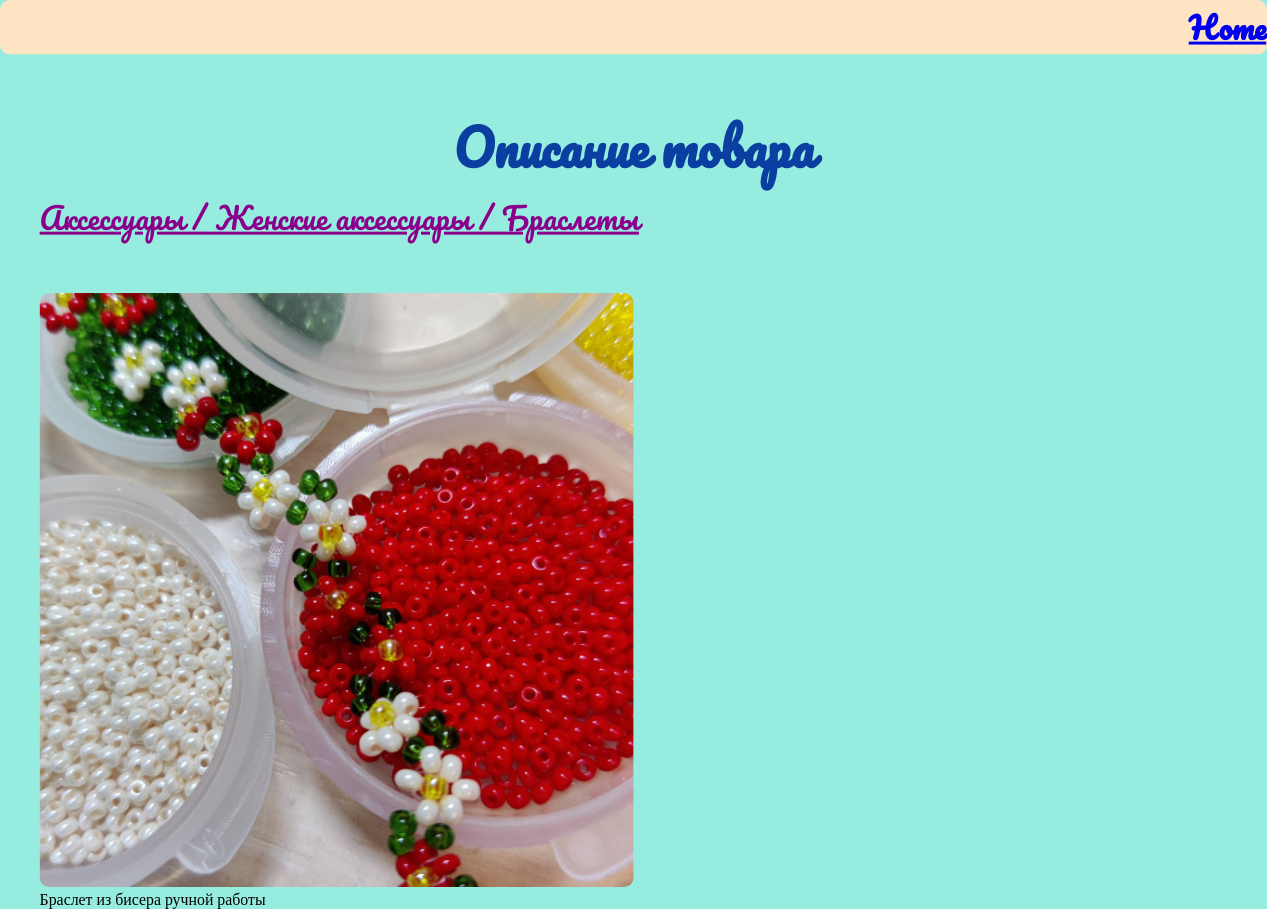
Repository: annamsklv/web
Page: seminar2_26.01/product page.html
The author's editor kept a copy of each file at every save. The page is drawn from the files as they stood at one save, then again after a run of saves.
The browser window is 1280 px wide. The pictures show the whole page, at 99% of full size.

Above is the page before, as saved 2023-02-01 20:41:30.

After the next 3 saves:
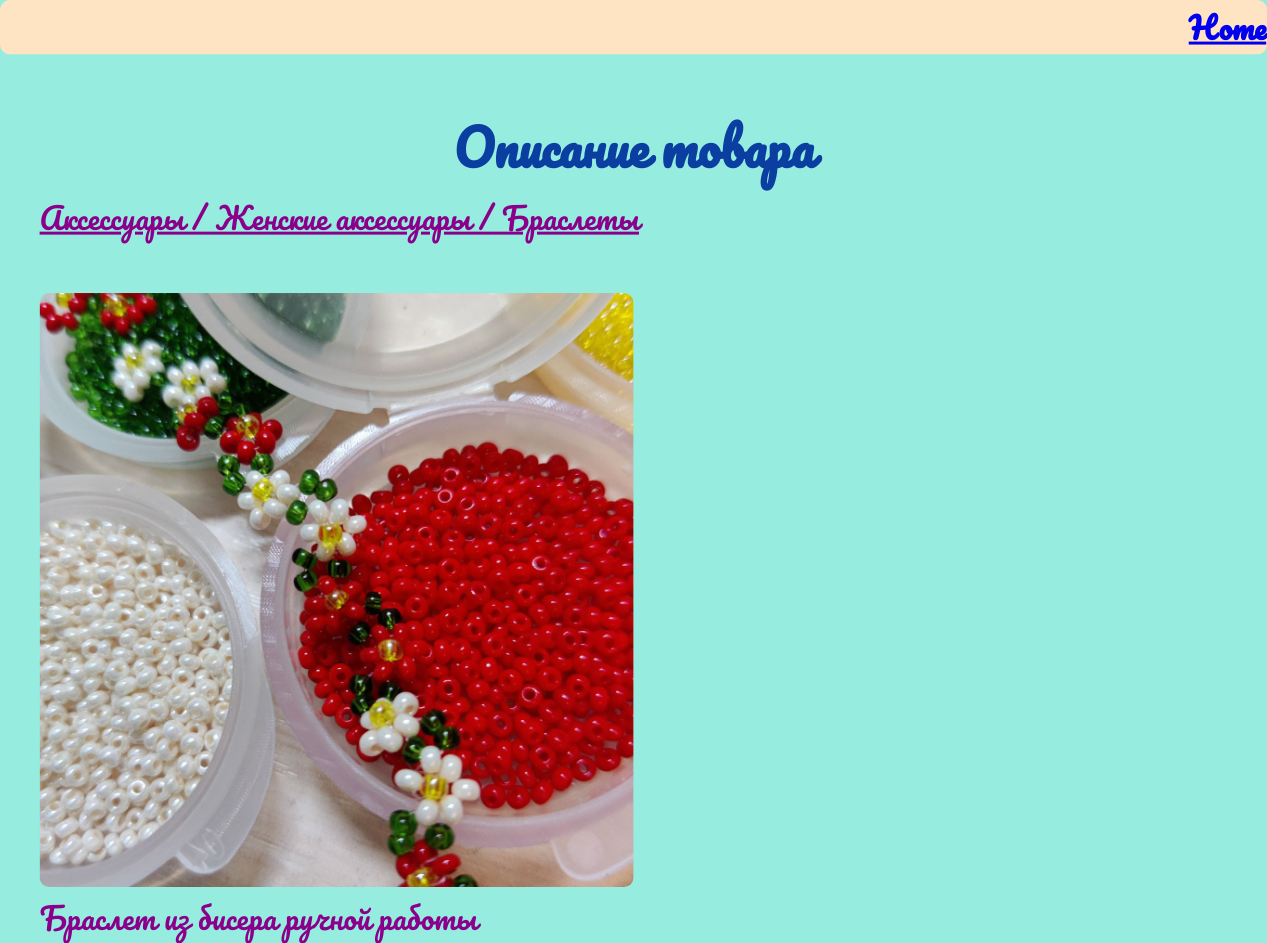
The 3 saves are shown as one change because they came seconds apart.
The last was saved 22 s later.
--- a/seminar2_26.01/product style.css
+++ b/seminar2_26.01/product style.css
@@ -56,7 +56,10 @@ body{
 }
 
 .description{
-
+    color:darkmagenta;
+    font-family: 'Pacifico', cursive;
+    font-size: 30px;
+    text-align: left;
 
 
 }
